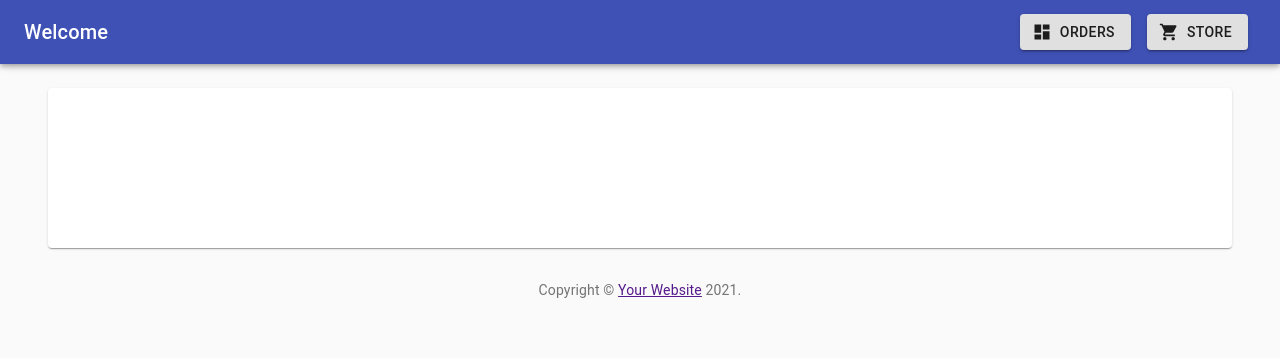
Repository: dfatih/django-react
Page: /pizzas (app in frontend/)
An editor plug-in stored every save of this project. The page is shown before and after a run of saves, followed by the edit.
The browser window is 1280 px wide. The pictures show the whole page.
The page's requests for data from a server got no answer. The project was rebuilt for these pictures with package versions that can differ from the ones it lists, and the page was loaded fresh each time. No one was signed in, and anything a server would have sent is missing. Also part of the build but not shown: frontend/src/App.css, frontend/src/components/pages/order/Title.jsx, frontend/src/components/pages/order/Orders.jsx, frontend/src/components/pages/pizza/PizzaCard.jsx.

Above is the page before, as saved 2021-04-05 15:09:46.

After the next 2 saves:
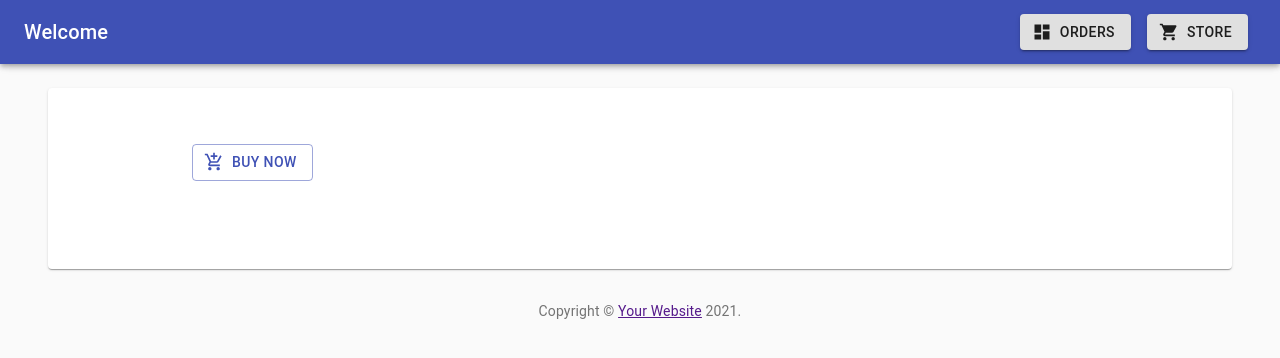
The 2 saves are shown as one change because 1 did not build or start.
The last was saved 53 s later.
--- a/frontend/src/components/pages/pizza/GetPizzas.jsx
+++ b/frontend/src/components/pages/pizza/GetPizzas.jsx
@@ -3,6 +3,7 @@
 import Grid from '@material-ui/core/Grid';
 import { withStyles  } from '@material-ui/core/styles';
 import Container from '@material-ui/core/Container';
+import PlaceOrder from '../../FormDialog';
 import Pizzas from './PizzaCard';
 
 const useStyles = theme => ({
@@ -63,6 +64,10 @@
              <Grid container spacing={4}>
                  {this.renderItems()}
              </Grid>
+
+                     <PlaceOrder
+                      putOrder={this.props.putOrder}
+                     />
       </Container>
     );
   }

After the 2 saves that followed:
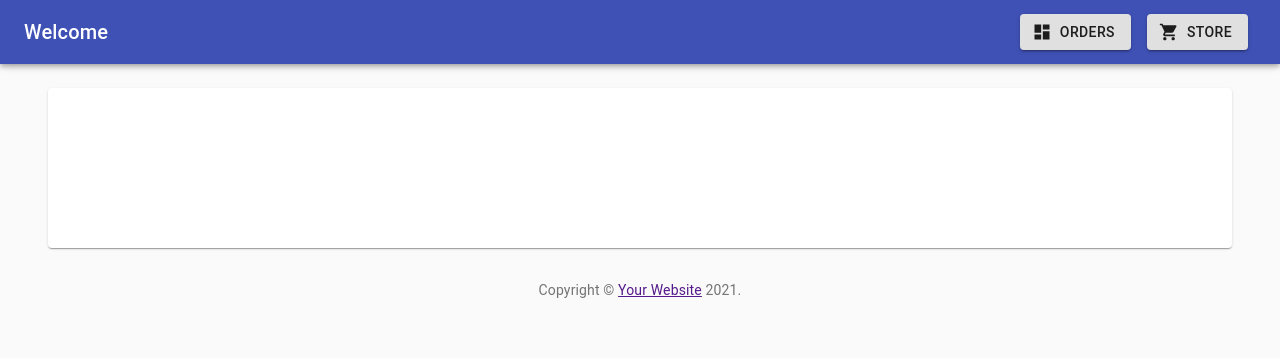
The 2 saves are shown as one change because 1 left the picture as it was.
The last was saved 32 s later.
--- a/frontend/src/components/pages/pizza/GetPizzas.jsx
+++ b/frontend/src/components/pages/pizza/GetPizzas.jsx
@@ -3,7 +3,6 @@
 import Grid from '@material-ui/core/Grid';
 import { withStyles  } from '@material-ui/core/styles';
 import Container from '@material-ui/core/Container';
-import PlaceOrder from '../../FormDialog';
 import Pizzas from './PizzaCard';
 
 const useStyles = theme => ({
@@ -64,10 +63,6 @@
              <Grid container spacing={4}>
                  {this.renderItems()}
              </Grid>
-
-                     <PlaceOrder
-                      putOrder={this.props.putOrder}
-                     />
       </Container>
     );
   }
